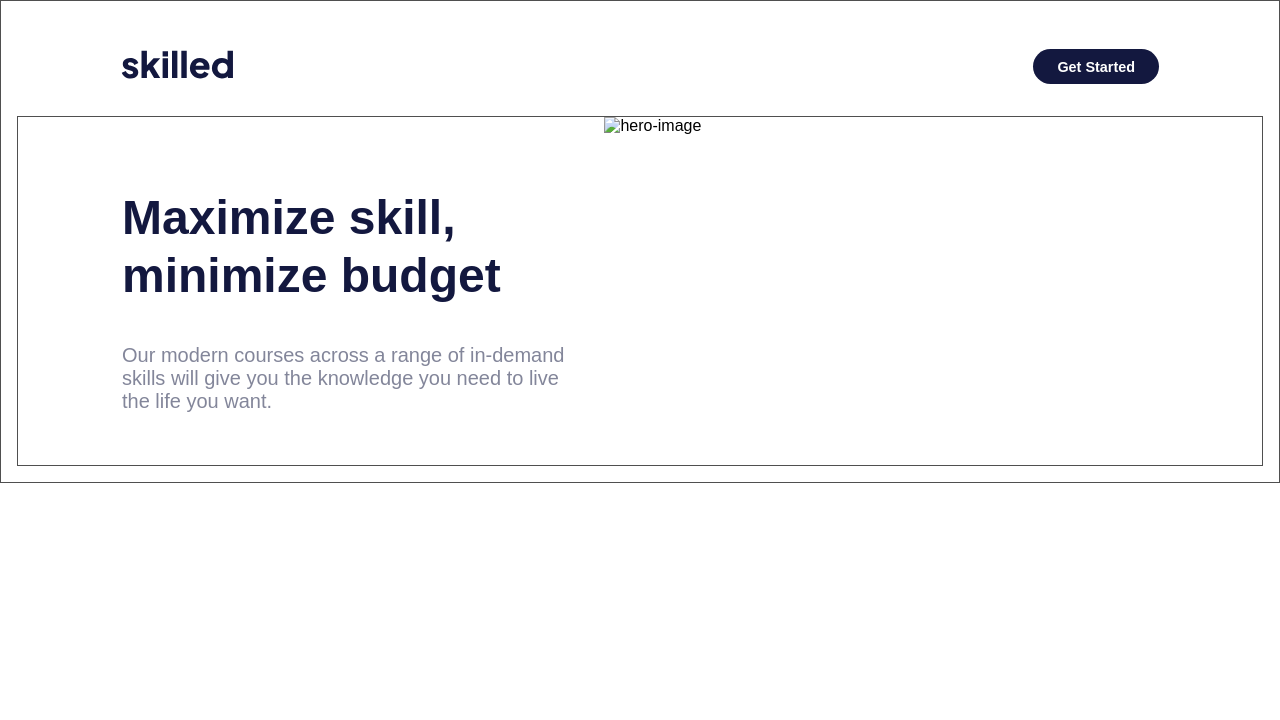
Repository: exe-walt/E-Learning-Landing-Page
Page: index.html
The author's editor kept a copy of each file at every save. The page is drawn from the files as they stood at one save, then again after the next save.
The browser window is 1280 px wide. The pictures show the whole page.
Some web fonts or font styles are not loaded; a fallback is used.

Above is the page before, as saved 2025-05-27 20:46:41.
Not found: img/hero-img.svg

### index.html
<!DOCTYPE html>
<html lang="en">
<head>
  <meta charset="UTF-8">
  <meta name="viewport" content="width=device-width, initial-scale=1.0">
  <title>Skilled E-Learning Page</title>
  <link rel="stylesheet" href="css/style.css">
  <link href="https://fonts.cdnfonts.com/css/plus-jakarta-sans" rel="stylesheet">
</head>
<body>
  <div class="content-container">
    <nav>
      <div class="navbar">
        <ul>
          <li id="logo">
            <img src="img/skilled-logo.svg" alt="logo">
          </li>
          <li class="navbar-button">
            <button>Get Started</button>
          </li>
        </ul>
      </div>
    </nav>

    <section class="hero-section">
      <div class="hero-text">
        <h1>Maximize skill, <br>minimize budget</h1>

        <p>
          Our modern courses across a range of in-demand <br> skills will give you the knowledge you need to live <br> the life you want.
        </p>
      </div>

      <div class="hero-image">
        <img src="img/hero-img.svg" alt="hero-image">
      </div>
    </section>
  </div>

</body>
</html>

### css/style.css
* {
  font-family: "Plus Jakarta Sans", sans-serif;
}
body {
  margin: 0;
  display: flex;
  justify-content: center;
  align-items: center;
}

.content-container {
  background-color: #ffffff;
  max-width: 100%;
  width: 100%;
  height: auto;
  padding: 1em;
  border: 1px solid #4f4f4f;
}

.navbar {
  display: flex;
  justify-content: space-between;
  align-items: center;
  padding: 2rem 2.5rem;
  background-color: white;
  margin-left: 4em;
  margin-right: 4em;
}

.navbar ul {
  display: flex;
  align-items: center;
  justify-content: space-between;
  width: 100%;
  list-style: none;
  margin: 0;
  padding: 0;
}

.logo img {
  height: 1.75rem;
  width: auto;
}

.navbar-button button {
  background-color: #13183F;
  color: white;
  border: none;
  border-radius: 999px;
  padding: 0.6rem 1.5rem;
  font-weight: 600;
  font-size: 0.9rem;
  cursor: pointer;
  transition: background-color 0.3s ease;
}

.navbar-button button:hover {
  background-color: #666ca3;
}

.hero-section{
  border: 1px solid #4f4f4f;
  display: flex;
}

.hero-text{
  margin-left: 4em;
  padding: 2rem 2.5rem;

}

.hero-text h1 {
  font-family: 'Plus Jakarta Sans', sans-serif;
  font-weight: 800; /* ExtraBold */
  font-size: 3rem;
  line-height: 1.2;
  color: #13183F;
}

.hero-text p{
  font-family: 'Plus Jakarta Sans', sans-serif;
  font-weight: 500; /* Medium */
  font-size: 1.25rem;
  color: #83869a;
}

After the next save:
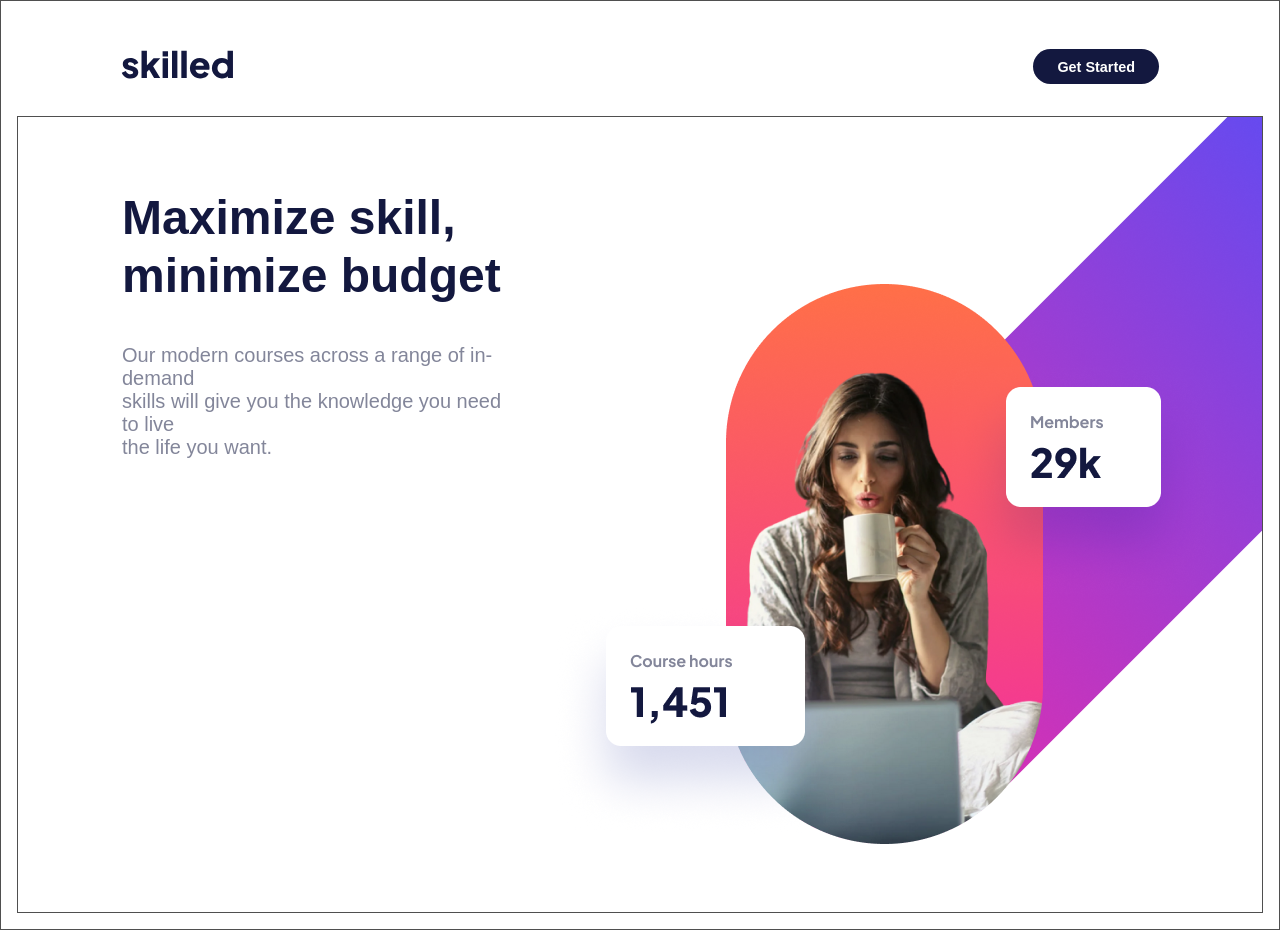
Saved 18 s later.
--- a/index.html
+++ b/index.html
@@ -32,7 +32,7 @@
       </div>
 
       <div class="hero-image">
-        <img src="img/hero-img.svg" alt="hero-image">
+        <img src="img/hero-img.png" alt="hero-image">
       </div>
     </section>
   </div>
